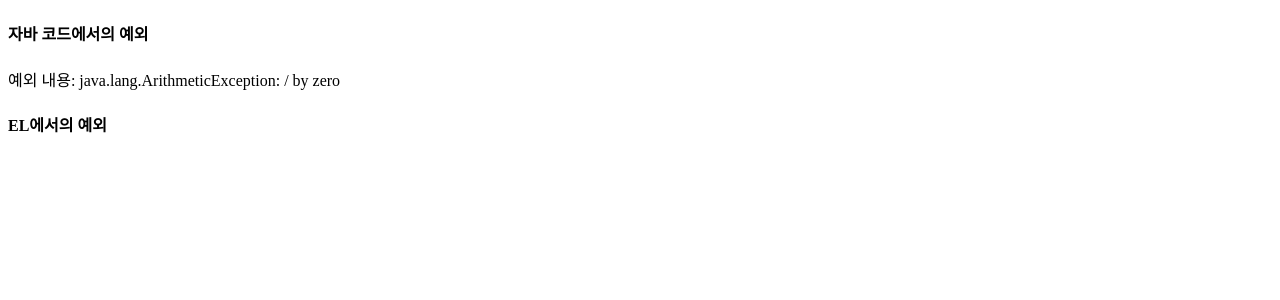
Repository: Motibidu/JSP_Servlet
Page: http://localhost/MushHaveJsp/11JSTL/core/Catch.jsp
An editor plug-in stored every save of this project. The page is shown before and after a run of saves, followed by the edit.
The browser window is 1280 px wide. The pictures show the whole page.
The page is served by Tomcat 10. Other server files are loaded and not shown.

Above is the page before, as saved 2025-05-13 05:52:13.

### MushHaveJsp/src/main/webapp/11JSTL/core/Catch.jsp
<%@ page language="java" contentType="text/html; charset=UTF-8" pageEncoding="UTF-8"%>
<%@ taglib prefix="c" uri="jakarta.tags.core"%>
<!DOCTYPE html>
<html>
<head>
<meta charset="UTF-8">
<title>JSTL - catch</title>
</head>
<body>
	<h4>자바 코드에서의 예외</h4>
	<%
	int num1 = 100;
	%>
	<c:catch var="eMessage">
		<%
		int result = num1 / 0;
		%>
	</c:catch>

	예외 내용: ${ eMessage }

	<h4>EL에서의 예외</h4>
	<c:set var="num2" value="200" />
</body>
</html>

After the next 2 saves:
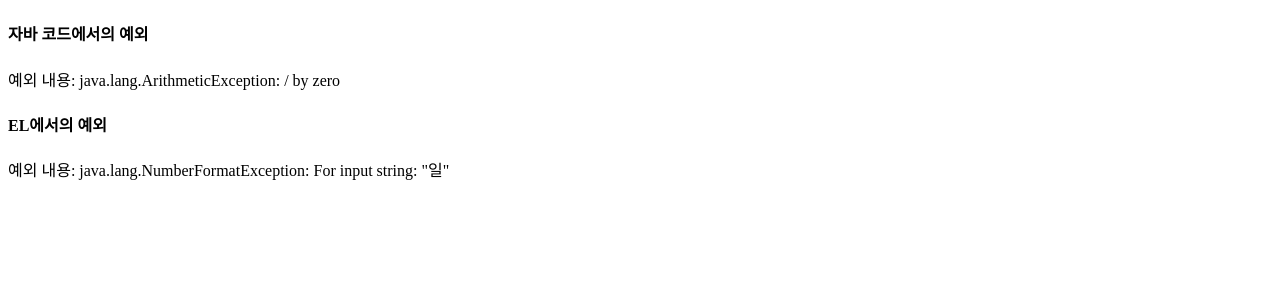
The 2 saves are shown as one change because they came seconds apart.
The last was saved 71 s later.
--- a/MushHaveJsp/src/main/webapp/11JSTL/core/Catch.jsp
+++ b/MushHaveJsp/src/main/webapp/11JSTL/core/Catch.jsp
@@ -21,5 +21,10 @@
 
 	<h4>EL에서의 예외</h4>
 	<c:set var="num2" value="200" />
+
+	<c:catch var="eMessage">
+		${"일"+ num2 }
+		</c:catch>
+	예외 내용: ${ eMessage }
 </body>
 </html>
